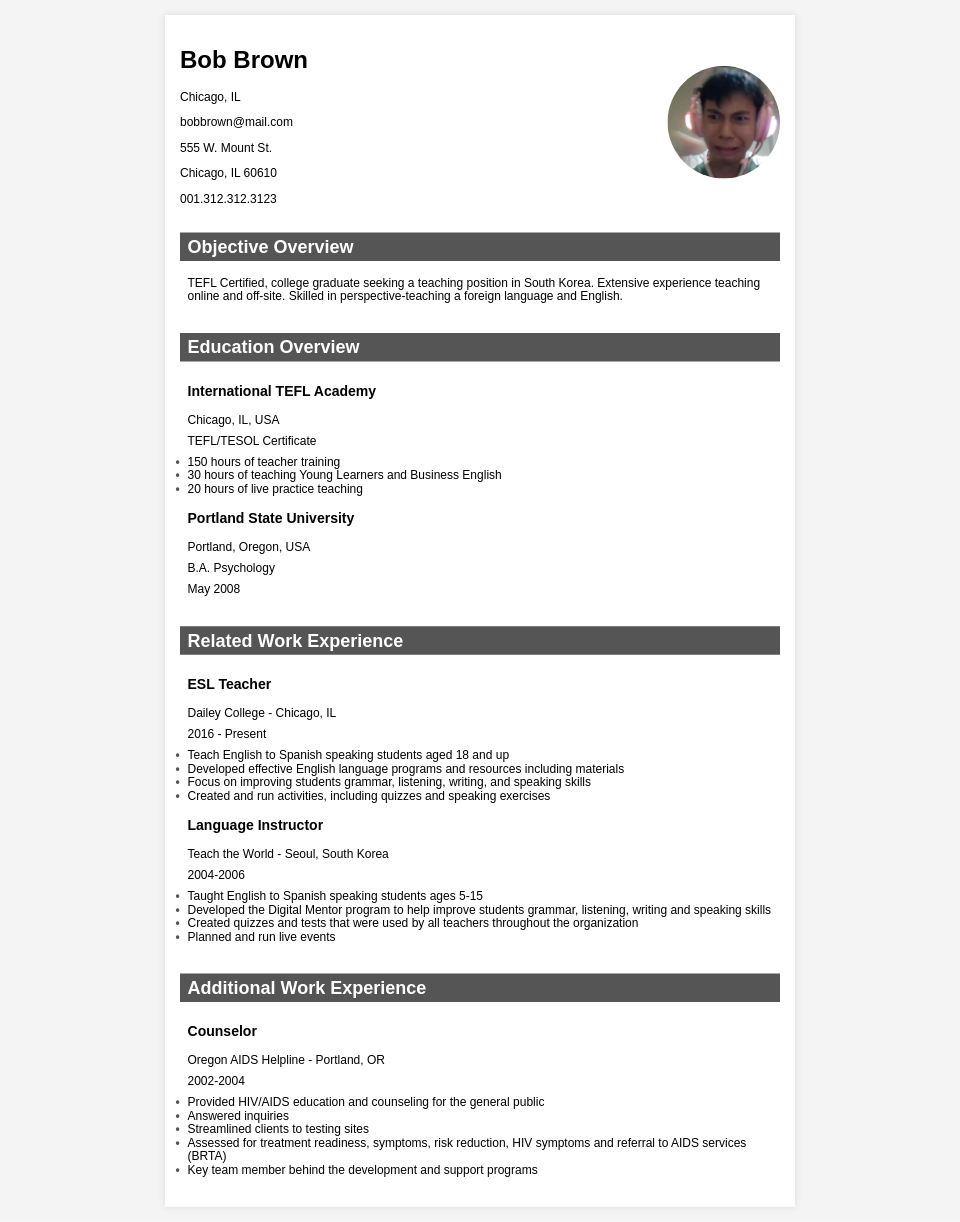
Repository: Gibekkk/WebPro
Page: Tugas Lab 1 (2)/index.html
The author's editor kept a copy of each file at every save. The page is drawn from the files as they stood at one save, then again after the next save.
The browser window is 1280 px wide. The pictures show the whole page, at 75% of full size.

Above is the page before, as saved 2024-03-25 13:17:05.

After the next save:
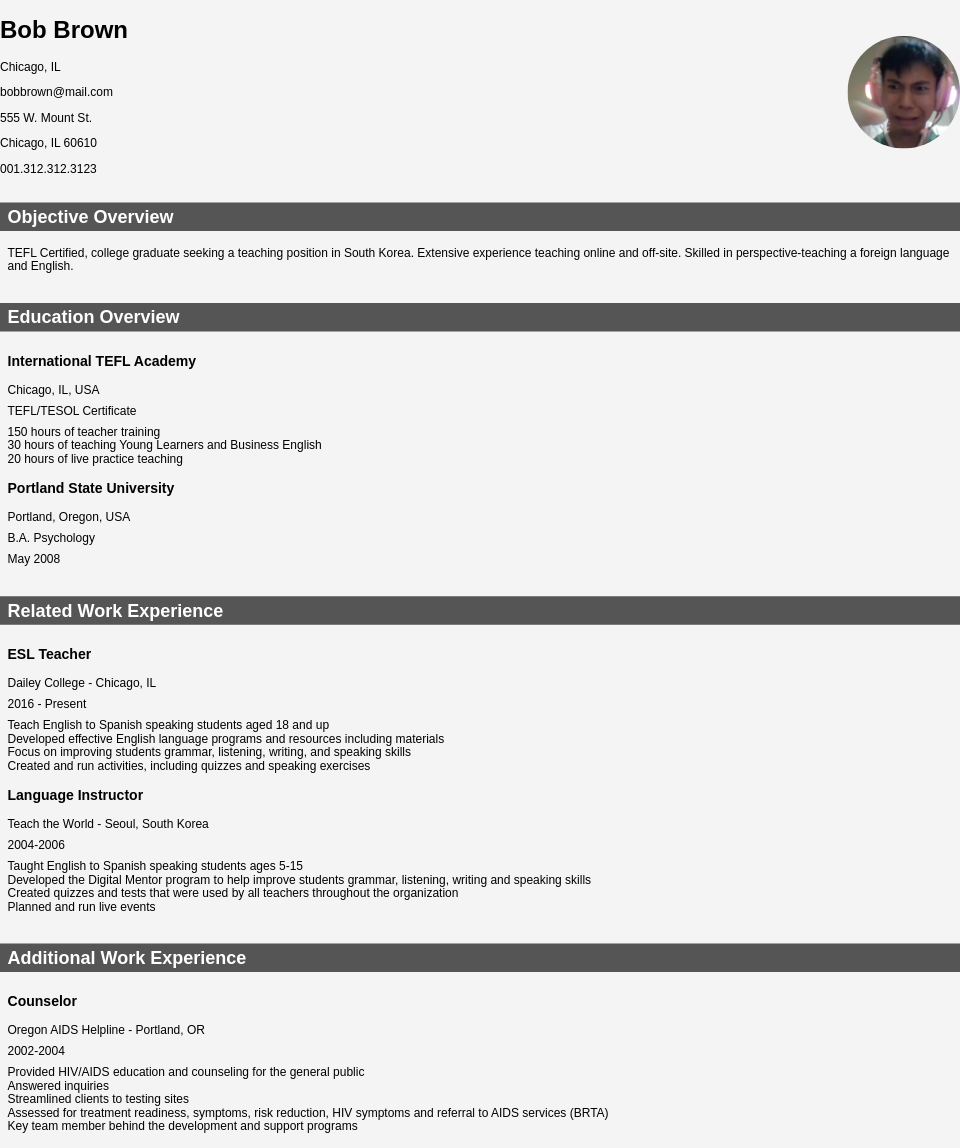
Saved 95 s later.
--- a/Tugas Lab 1 (2)/index.html
+++ b/Tugas Lab 1 (2)/index.html
@@ -61,7 +61,7 @@
 </style>
 </head>
 <body>
-<div class="resume">
+<!-- <div class="resume"> -->
   <div class="header">
     <div>
       <h1>Bob Brown</h1>

After the 2 saves that followed:
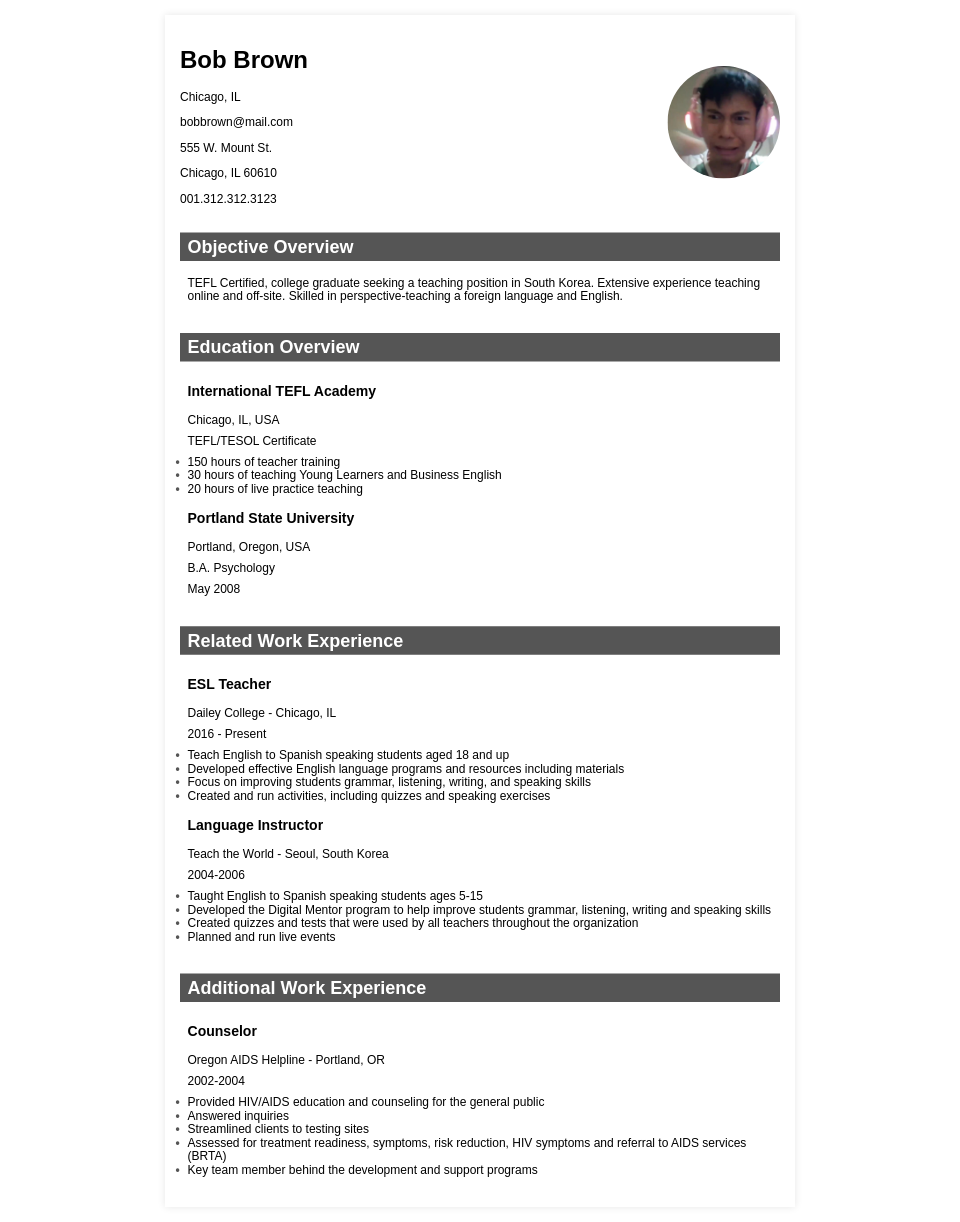
The 2 saves are shown as one change because 1 left the picture as it was.
The last was saved 22 s later.
--- a/Tugas Lab 1 (2)/index.html
+++ b/Tugas Lab 1 (2)/index.html
@@ -11,7 +11,7 @@
     padding: 0;
     background-color: #f4f4f4;
   }
-  .resume {
+  body {
     width: 800px;
     margin: 20px auto;
     background-color: #fff;
@@ -136,6 +136,6 @@
       </ul>
     </div>
   </div>
-</div>
+<!-- </div> -->
 </body>
 </html>
